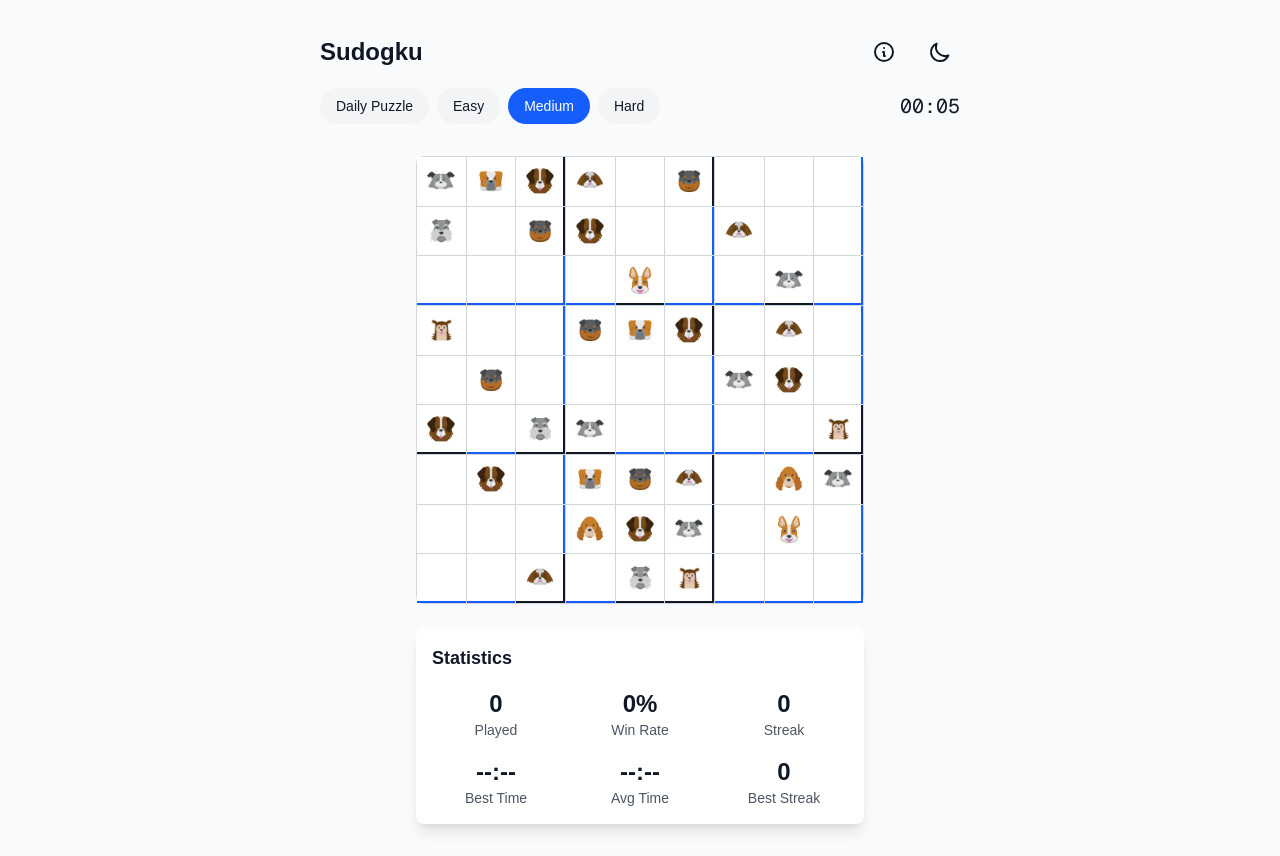
Repository: JavierSilvaF/sudogku
Page: / (app in sudogku-app/)
The author's editor kept a copy of each file at every save. The page is drawn from the files as they stood at one save, then again after the next save.
The browser window is 1280 px wide. The pictures show the whole page.
The project was rebuilt for these pictures with package versions that can differ from the ones it lists, and the page was loaded fresh each time. The framework's server and built-in components were replaced by stand-ins that run in the browser. Also part of the build but not shown: sudogku-app/next.config.mjs, sudogku-app/next.config.ts, sudogku-app/src/components/NumberPopup.tsx.

Above is the page before, as saved 2025-04-06 02:46:37.

### sudogku-app/src/app/page.tsx
'use client'

import { ThemeProvider } from 'next-themes'
import { GameProvider } from '@/context/GameContext'
import Header from '@/components/Header'
import GameBoard from '@/components/GameBoard'
import NumberPad from '@/components/NumberPad'
import Victory from '@/components/Victory'
import Stats from '@/components/Stats'

export default function Home() {
  return (
    <ThemeProvider attribute='class'>
      <GameProvider>
        <div className='min-h-screen bg-gray-50 dark:bg-gray-900 text-gray-900 dark:text-gray-50'>
          <div className='max-w-2xl mx-auto px-4 py-8 pb-32 sm:pb-8'>
            <Header />
            <main className='flex flex-col items-center gap-6'>
              <GameBoard />
              <Stats />
            </main>
          </div>
          <NumberPad />
          <Victory />
        </div>
      </GameProvider>
    </ThemeProvider>
  )
}

### sudogku-app/src/components/Header.tsx
import { useState } from 'react'
import { useTheme } from 'next-themes'
import { useGame } from '@/context/GameContext'
import { motion } from 'framer-motion'

export default function Header() {
  const { setTheme, theme } = useTheme()
  const { gameMode, setGameMode, timer, isDailyPuzzle, switchToDaily } =
    useGame()
  const [showRules, setShowRules] = useState(false)

  const formatTime = (seconds: number) => {
    const mins = Math.floor(seconds / 60)
    const secs = seconds % 60
    return `${mins.toString().padStart(2, '0')}:${secs
      .toString()
      .padStart(2, '0')}`
  }

  return (
    <header className='w-full mb-8'>
      <div className='flex items-center justify-between mb-4'>
        <h1 className='text-2xl font-bold'>Sudogku</h1>
        <div className='flex items-center gap-4'>
          <button
            onClick={() => setShowRules(!showRules)}
            className='p-2 hover:bg-gray-100 dark:hover:bg-gray-800 rounded-full'
            aria-label='Show rules'
          >
            <svg
              className='w-6 h-6'
              fill='none'
              stroke='currentColor'
              viewBox='0 0 24 24'
            >
              <path
                strokeLinecap='round'
                strokeLinejoin='round'
                strokeWidth={2}
                d='M13 16h-1v-4h-1m1-4h.01M21 12a9 9 0 11-18 0 9 9 0 0118 0z'
              />
            </svg>
          </button>
          <button
            onClick={() => setTheme(theme === 'dark' ? 'light' : 'dark')}
            className='p-2 hover:bg-gray-100 dark:hover:bg-gray-800 rounded-full'
            aria-label='Toggle theme'
          >
            {theme === 'dark' ? (
              <svg
                className='w-6 h-6'
                fill='none'
                stroke='currentColor'
                viewBox='0 0 24 24'
              >
                <path
                  strokeLinecap='round'
                  strokeLinejoin='round'
                  strokeWidth={2}
                  d='M12 3v1m0 16v1m9-9h-1M4 12H3m15.364 6.364l-.707-.707M6.343 6.343l-.707-.707m12.728 0l-.707.707M6.343 17.657l-.707.707M16 12a4 4 0 11-8 0 4 4 0 018 0z'
                />
              </svg>
            ) : (
              <svg
                className='w-6 h-6'
                fill='none'
                stroke='currentColor'
                viewBox='0 0 24 24'
              >
                <path
                  strokeLinecap='round'
                  strokeLinejoin='round'
                  strokeWidth={2}
                  d='M20.354 15.354A9 9 0 018.646 3.646 9.003 9.003 0 0012 21a9.003 9.003 0 008.354-5.646z'
                />
              </svg>
            )}
          </button>
        </div>
      </div>

      <div className='flex flex-col gap-4 sm:flex-row sm:items-center sm:justify-between mb-4'>
        <div className='flex gap-2'>
          <motion.button
            whileTap={{ scale: 0.95 }}
            className={`px-4 py-2 rounded-full text-sm font-medium
              ${
                isDailyPuzzle
                  ? 'bg-blue-600 text-white'
                  : 'bg-gray-100 dark:bg-gray-800'
              }`}
            onClick={switchToDaily}
          >
            Daily Puzzle
          </motion.button>
          {!isDailyPuzzle && (
            <div className='flex gap-2'>
              {(['easy', 'medium', 'hard'] as const).map((mode) => (
                <motion.button
                  key={mode}
                  whileTap={{ scale: 0.95 }}
                  className={`px-4 py-2 rounded-full text-sm font-medium capitalize
                    ${
                      gameMode === mode
                        ? 'bg-blue-600 text-white'
                        : 'bg-gray-100 dark:bg-gray-800'
                    }`}
                  onClick={() => setGameMode(mode)}
                >
                  {mode}
                </motion.button>
              ))}
            </div>
          )}
        </div>
        <div className='text-xl font-mono'>{formatTime(timer)}</div>
      </div>

      {showRules && (
        <motion.div
          initial={{ opacity: 0, y: -20 }}
          animate={{ opacity: 1, y: 0 }}
          className='bg-white dark:bg-gray-800 p-4 rounded-lg shadow-lg mb-4'
        >
          <h2 className='font-bold mb-2'>How to Play</h2>
          <ul className='text-sm space-y-2'>
            <li>
              • Fill in the grid so that every row, column, and 3x3 box contains
              the numbers 1-9
            </li>
            <li>• Use pencil marks to keep track of possible numbers</li>
            <li>• A new puzzle is available every day</li>
          </ul>
        </motion.div>
      )}
    </header>
  )
}

### sudogku-app/src/components/NumberPad.tsx
import { motion } from 'framer-motion'
import { useGame } from '@/context/GameContext'
import { useState } from 'react'
import { DogImage } from '@/utils/dogImages'

export default function NumberPad() {
  const { selectedCell, setCellValue, togglePencilMark } = useGame()
  const [isPencilMode, setIsPencilMode] = useState(false)

  const handleNumberClick = (num: number) => {
    if (!selectedCell) return
    const [row, col] = selectedCell

    if (isPencilMode) {
      togglePencilMark(row, col, num)
    } else {
      setCellValue(row, col, num)
    }
  }

  return (
    <div className='fixed bottom-0 left-0 right-0 bg-white dark:bg-gray-800 p-4 shadow-lg sm:hidden'>
      <div className='max-w-md mx-auto'>
        <div className='grid grid-cols-5 gap-2 mb-4'>
          {[1, 2, 3, 4, 5, 6, 7, 8, 9].map((num) => (
            <motion.button
              key={num}
              whileTap={{ scale: 0.95 }}
              className='aspect-square rounded-lg bg-gray-100 dark:bg-gray-700
                text-xl font-bold flex items-center justify-center'
              onClick={() => handleNumberClick(num)}
            >
              <DogImage number={num} size={30} />
            </motion.button>
          ))}
          <motion.button
            whileTap={{ scale: 0.95 }}
            className={`aspect-square rounded-lg flex items-center justify-center
              ${
                isPencilMode
                  ? 'bg-blue-600 text-white'
                  : 'bg-gray-100 dark:bg-gray-700'
              }`}
            onClick={() => setIsPencilMode((prev: boolean) => !prev)}
          >
            <svg
              className='w-6 h-6'
              fill='none'
              stroke='currentColor'
              viewBox='0 0 24 24'
            >
              <path
                strokeLinecap='round'
                strokeLinejoin='round'
                strokeWidth={2}
                d='M15.232 5.232l3.536 3.536m-2.036-5.036a2.5 2.5 0 113.536 3.536L6.5 21.036H3v-3.572L16.732 3.732z'
              />
            </svg>
          </motion.button>
        </div>
      </div>
    </div>
  )
}

### sudogku-app/src/components/Victory.tsx
import { motion, AnimatePresence } from 'framer-motion'
import { useGame } from '@/context/GameContext'

export default function Victory() {
  const { isComplete, timer, isDailyPuzzle } = useGame()

  const formatTime = (seconds: number) => {
    const mins = Math.floor(seconds / 60)
    const secs = seconds % 60
    return `${mins}:${secs.toString().padStart(2, '0')}`
  }

  return (
    <AnimatePresence>
      {isComplete && (
        <motion.div
          initial={{ opacity: 0, scale: 0.8 }}
          animate={{ opacity: 1, scale: 1 }}
          exit={{ opacity: 0, scale: 0.8 }}
          className='fixed inset-0 flex items-center justify-center bg-black/50 z-50 p-4'
        >
          <motion.div
            initial={{ y: 20 }}
            animate={{ y: 0 }}
            className='bg-white dark:bg-gray-800 rounded-lg p-6 max-w-sm w-full shadow-xl'
          >
            <h2 className='text-2xl font-bold mb-4 text-center'>
              🎉 Puzzle Complete! 🎉
            </h2>
            <div className='space-y-4'>
              <p className='text-center'>
                Time: <span className='font-mono'>{formatTime(timer)}</span>
              </p>
              {isDailyPuzzle && (
                <div className='text-center text-sm'>
                  Come back tomorrow for a new daily puzzle!
                </div>
              )}
              <motion.button
                whileHover={{ scale: 1.05 }}
                whileTap={{ scale: 0.95 }}
                className='w-full py-2 px-4 bg-blue-600 text-white rounded-full font-medium'
                onClick={() => window.location.reload()}
              >
                Play Again
              </motion.button>
            </div>
          </motion.div>
        </motion.div>
      )}
    </AnimatePresence>
  )
}

### sudogku-app/src/components/Stats.tsx
import { useState, useEffect } from 'react'
import { motion } from 'framer-motion'

interface Statistics {
  gamesPlayed: number
  gamesWon: number
  currentStreak: number
  bestStreak: number
  averageTime: number
  bestTime: number
}

export default function Stats() {
  const [stats, setStats] = useState<Statistics>({
    gamesPlayed: 0,
    gamesWon: 0,
    currentStreak: 0,
    bestStreak: 0,
    averageTime: 0,
    bestTime: 0,
  })

  useEffect(() => {
    // Load stats from localStorage
    const savedStats = localStorage.getItem('sudogku-stats')
    if (savedStats) {
      setStats(JSON.parse(savedStats))
    }
  }, [])

  const formatTime = (seconds: number) => {
    if (seconds === 0) return '--:--'
    const mins = Math.floor(seconds / 60)
    const secs = seconds % 60
    return `${mins.toString().padStart(2, '0')}:${secs
      .toString()
      .padStart(2, '0')}`
  }

  return (
    <motion.div
      initial={{ opacity: 0 }}
      animate={{ opacity: 1 }}
      className='w-full max-w-md bg-white dark:bg-gray-800 rounded-lg p-4 shadow-lg'
    >
      <h2 className='text-lg font-bold mb-4'>Statistics</h2>
      <div className='grid grid-cols-2 sm:grid-cols-3 gap-4'>
        <div className='text-center'>
          <div className='text-2xl font-bold'>{stats.gamesPlayed}</div>
          <div className='text-sm text-gray-600 dark:text-gray-400'>Played</div>
        </div>
        <div className='text-center'>
          <div className='text-2xl font-bold'>
            {stats.gamesPlayed
              ? Math.round((stats.gamesWon / stats.gamesPlayed) * 100)
              : 0}
            %
          </div>
          <div className='text-sm text-gray-600 dark:text-gray-400'>
            Win Rate
          </div>
        </div>
        <div className='text-center'>
          <div className='text-2xl font-bold'>{stats.currentStreak}</div>
          <div className='text-sm text-gray-600 dark:text-gray-400'>Streak</div>
        </div>
        <div className='text-center'>
          <div className='text-2xl font-bold'>{formatTime(stats.bestTime)}</div>
          <div className='text-sm text-gray-600 dark:text-gray-400'>
            Best Time
          </div>
        </div>
        <div className='text-center'>
          <div className='text-2xl font-bold'>
            {formatTime(stats.averageTime)}
          </div>
          <div className='text-sm text-gray-600 dark:text-gray-400'>
            Avg Time
          </div>
        </div>
        <div className='text-center'>
          <div className='text-2xl font-bold'>{stats.bestStreak}</div>
          <div className='text-sm text-gray-600 dark:text-gray-400'>
            Best Streak
          </div>
        </div>
      </div>
    </motion.div>
  )
}

### sudogku-app/src/utils/sudoku.ts
export type Grid = (number | null)[][];

export class SudokuGenerator {
  private grid: Grid = Array(9).fill(null).map(() => Array(9).fill(null));

  private isValid(row: number, col: number, num: number): boolean {
    // Check row
    for (let x = 0; x < 9; x++) {
      if (this.grid[row][x] === num) return false;
    }

    // Check column
    for (let x = 0; x < 9; x++) {
      if (this.grid[x][col] === num) return false;
    }

    // Check 3x3 box
    const boxRow = Math.floor(row / 3) * 3;
    const boxCol = Math.floor(col / 3) * 3;
    for (let i = 0; i < 3; i++) {
      for (let j = 0; j < 3; j++) {
        if (this.grid[boxRow + i][boxCol + j] === num) return false;
      }
    }

    return true;
  }

  private fillDiagonal(): void {
    for (let i = 0; i < 9; i += 3) {
      this.fillBox(i, i);
    }
  }

  private fillBox(row: number, col: number): void {
    let num;
    for (let i = 0; i < 3; i++) {
      for (let j = 0; j < 3; j++) {
        do {
          num = Math.floor(Math.random() * 9) + 1;
        } while (!this.isValid(row + i, col + j, num));
        this.grid[row + i][col + j] = num;
      }
    }
  }

  private fillRemaining(row: number, col: number): boolean {
    if (col >= 9 && row < 8) {
      row++;
      col = 0;
    }
    if (row >= 9 && col >= 9) return true;
    if (row < 3) {
      if (col < 3) col = 3;
    } else if (row < 6) {
      if (col === Math.floor(row / 3) * 3) col += 3;
    } else {
      if (col === 6) {
        row++;
        col = 0;
        if (row >= 9) return true;
      }
    }

    for (let num = 1; num <= 9; num++) {
      if (this.isValid(row, col, num)) {
        this.grid[row][col] = num;
        if (this.fillRemaining(row, col + 1)) return true;
        this.grid[row][col] = null;
      }
    }
    return false;
  }

  private removeDigits(difficulty: 'easy' | 'medium' | 'hard'): void {
    const removeCount = {
      easy: 30,
      medium: 45,
      hard: 55
    }[difficulty];

    let count = removeCount;
    while (count > 0) {
      const row = Math.floor(Math.random() * 9);
      const col = Math.floor(Math.random() * 9);
      if (this.grid[row][col] !== null) {
        this.grid[row][col] = null;
        count--;
      }
    }
  }

  generate(difficulty: 'easy' | 'medium' | 'hard'): { puzzle: Grid, solution: Grid } {
    this.grid = Array(9).fill(null).map(() => Array(9).fill(null));
    this.fillDiagonal();
    this.fillRemaining(0, 3);
    const solution = this.grid.map(row => [...row]);
    this.removeDigits(difficulty);
    return {
      puzzle: this.grid.map(row => [...row]),
      solution
    };
  }
}

export class SudokuSolver {
  static isValidMove(grid: Grid, row: number, col: number, num: number): boolean {
    // Check row
    for (let x = 0; x < 9; x++) {
      if (grid[row][x] === num) return false;
    }

    // Check column
    for (let x = 0; x < 9; x++) {
      if (grid[x][col] === num) return false;
    }

    // Check 3x3 box
    const boxRow = Math.floor(row / 3) * 3;
    const boxCol = Math.floor(col / 3) * 3;
    for (let i = 0; i < 3; i++) {
      for (let j = 0; j < 3; j++) {
        if (grid[boxRow + i][boxCol + j] === num) return false;
      }
    }

    return true;
  }

  static isSolved(grid: Grid): boolean {
    for (let row = 0; row < 9; row++) {
      for (let col = 0; col < 9; col++) {
        if (grid[row][col] === null) return false;
      }
    }
    return true;
  }
}

### sudogku-app/src/utils/dailyPuzzle.ts
import { SudokuGenerator, Grid } from './sudoku';
import seedrandom from 'seedrandom';

export function getDailyPuzzleSeed() {
  const now = new Date();
  const year = now.getUTCFullYear();
  const month = now.getUTCMonth();
  const day = now.getUTCDate();
  return `${year}-${month}-${day}`;
}

export function generateDailyPuzzle(): { puzzle: Grid, solution: Grid } {
  const seed = getDailyPuzzleSeed();
  const generator = new SudokuGenerator();

  // Use the seed to generate a deterministic puzzle
  const seedNumber = Array.from(seed).reduce((acc, char) => acc + char.charCodeAt(0), 0);
  seedrandom(seedNumber.toString());

  return generator.generate('medium');
}

### sudogku-app/src/utils/dogImages.tsx
import Image from 'next/image'

// Map numbers to dog image paths
export const dogImages = {
  1: '/images/dogs/dog1.png',
  2: '/images/dogs/dog2.png',
  3: '/images/dogs/dog3.png',
  4: '/images/dogs/dog4.png',
  5: '/images/dogs/dog5.png',
  6: '/images/dogs/dog6.png',
  7: '/images/dogs/dog7.png',
  8: '/images/dogs/dog8.png',
  9: '/images/dogs/dog9.png',
}

// Component to display a dog image for a number
export function DogImage({
  number,
  size = 40,
}: {
  number: number
  size?: number
}) {
  return (
    <div className='relative' style={{ width: size, height: size }}>
      <Image
        src={dogImages[number as keyof typeof dogImages]}
        alt={`Dog ${number}`}
        fill
        style={{ objectFit: 'cover' }}
        className='rounded-full'
      />
    </div>
  )
}

Loaded but not shown: sudogku-app/src/app/layout.tsx (common file); sudogku-app/src/app/globals.css (common file); sudogku-app/src/context/GameContext.tsx (291 lines, source omitted); sudogku-app/src/components/GameBoard.tsx (228 lines, source omitted)

After the next save:
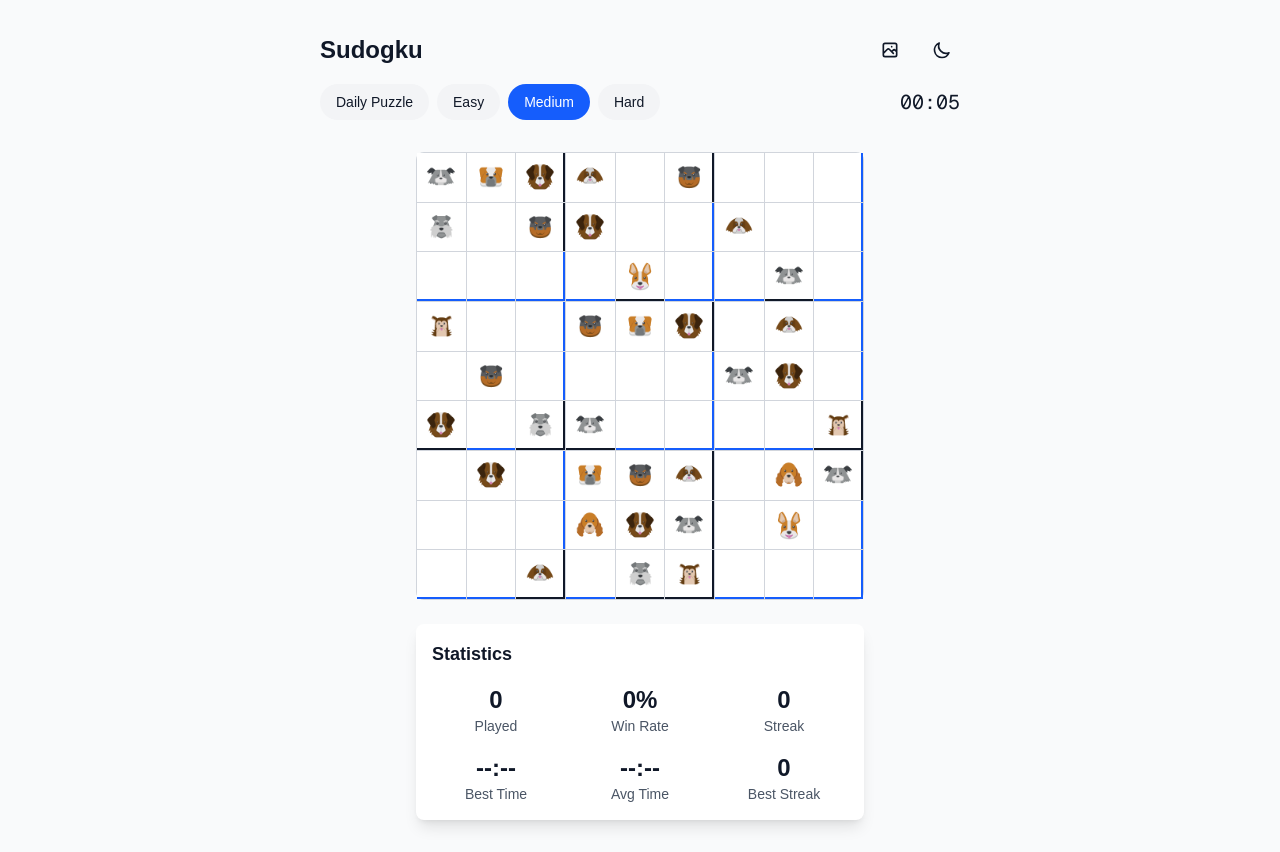
Saved 16 s later.
--- a/sudogku-app/src/components/Header.tsx
+++ b/sudogku-app/src/components/Header.tsx
@@ -5,8 +5,15 @@ import { motion } from 'framer-motion'
 
 export default function Header() {
   const { setTheme, theme } = useTheme()
-  const { gameMode, setGameMode, timer, isDailyPuzzle, switchToDaily } =
-    useGame()
+  const {
+    gameMode,
+    setGameMode,
+    timer,
+    isDailyPuzzle,
+    switchToDaily,
+    showDogImages,
+    toggleDogImages,
+  } = useGame()
   const [showRules, setShowRules] = useState(false)
 
   const formatTime = (seconds: number) => {
@@ -22,25 +29,42 @@ export default function Header() {
       <div className='flex items-center justify-between mb-4'>
         <h1 className='text-2xl font-bold'>Sudogku</h1>
         <div className='flex items-center gap-4'>
-          <button
-            onClick={() => setShowRules(!showRules)}
+          <motion.button
+            whileTap={{ scale: 0.95 }}
             className='p-2 hover:bg-gray-100 dark:hover:bg-gray-800 rounded-full'
-            aria-label='Show rules'
+            onClick={toggleDogImages}
+            title={showDogImages ? 'Switch to numbers' : 'Switch to dog images'}
           >
-            <svg
-              className='w-6 h-6'
-              fill='none'
-              stroke='currentColor'
-              viewBox='0 0 24 24'
-            >
-              <path
-                strokeLinecap='round'
-                strokeLinejoin='round'
-                strokeWidth={2}
-                d='M13 16h-1v-4h-1m1-4h.01M21 12a9 9 0 11-18 0 9 9 0 0118 0z'
-              />
-            </svg>
-          </button>
+            {showDogImages ? (
+              <svg
+                className='w-5 h-5'
+                fill='none'
+                stroke='currentColor'
+                viewBox='0 0 24 24'
+              >
+                <path
+                  strokeLinecap='round'
+                  strokeLinejoin='round'
+                  strokeWidth={2}
+                  d='M4 16l4.586-4.586a2 2 0 012.828 0L16 16m-2-2l1.586-1.586a2 2 0 012.828 0L20 14m-6-6h.01M6 20h12a2 2 0 002-2V6a2 2 0 00-2-2H6a2 2 0 00-2 2v12a2 2 0 002 2z'
+                />
+              </svg>
+            ) : (
+              <svg
+                className='w-5 h-5'
+                fill='none'
+                stroke='currentColor'
+                viewBox='0 0 24 24'
+              >
+                <path
+                  strokeLinecap='round'
+                  strokeLinejoin='round'
+                  strokeWidth={2}
+                  d='M7 20l4-16m2 16l4-16M6 9h14M4 15h14'
+                />
+              </svg>
+            )}
+          </motion.button>
           <button
             onClick={() => setTheme(theme === 'dark' ? 'light' : 'dark')}
             className='p-2 hover:bg-gray-100 dark:hover:bg-gray-800 rounded-full'
@@ -48,7 +72,7 @@ export default function Header() {
           >
             {theme === 'dark' ? (
               <svg
-                className='w-6 h-6'
+                className='w-5 h-5'
                 fill='none'
                 stroke='currentColor'
                 viewBox='0 0 24 24'
@@ -62,7 +86,7 @@ export default function Header() {
               </svg>
             ) : (
               <svg
-                className='w-6 h-6'
+                className='w-5 h-5'
                 fill='none'
                 stroke='currentColor'
                 viewBox='0 0 24 24'
